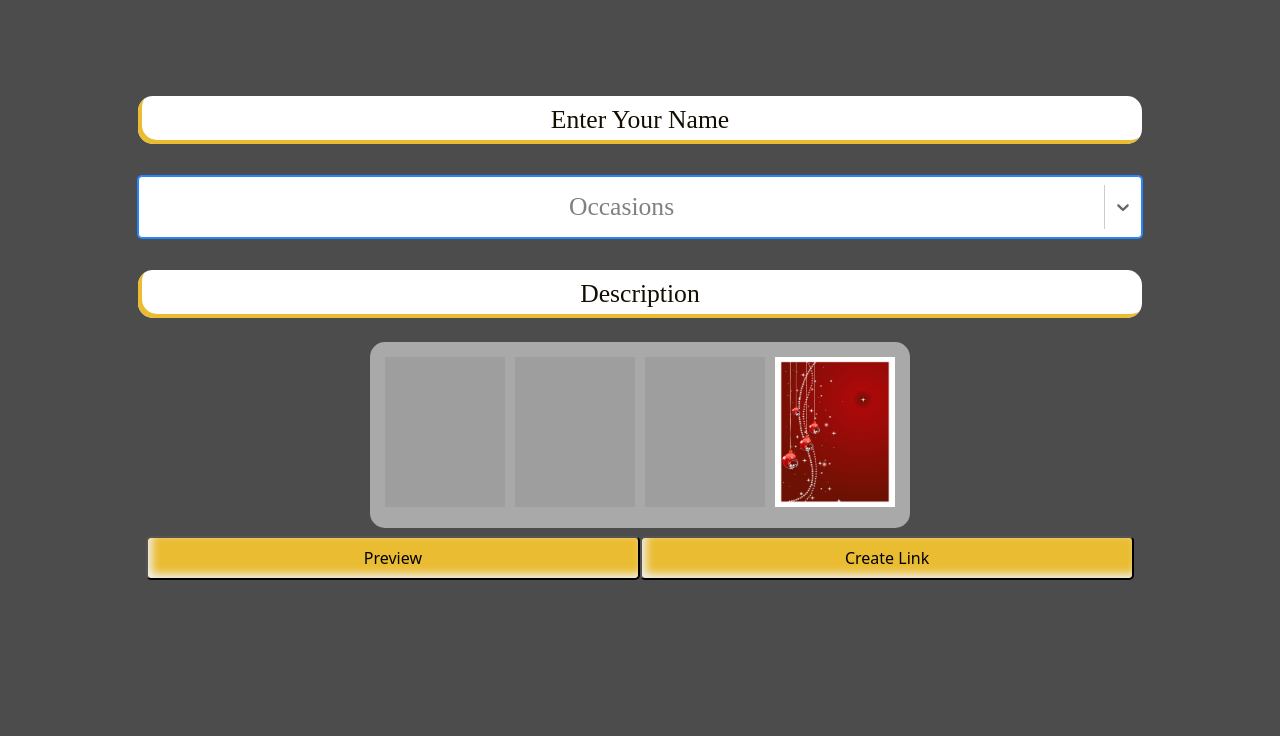
Repository: Haneef-Shaik/Greetings
Page: /
These files come from the project's save history. The page is drawn as it stood at one moment and after the next save; the edit follows.
The browser window is 1280 px wide. The pictures show the whole page.
Pictures or frames that could not be fetched are drawn as grey boxes. The project was rebuilt for these pictures with package versions that can differ from the ones it lists, and the page was loaded fresh each time. The framework's server and built-in components were replaced by stand-ins that run in the browser. Also part of the build but not shown: next.config.js, styles/card.module.scss, components/card.js, styles/socialShare.module.scss, components/socialShare.js.

Above is the page before, as saved 2021-12-04 21:57:51.

After the next save:
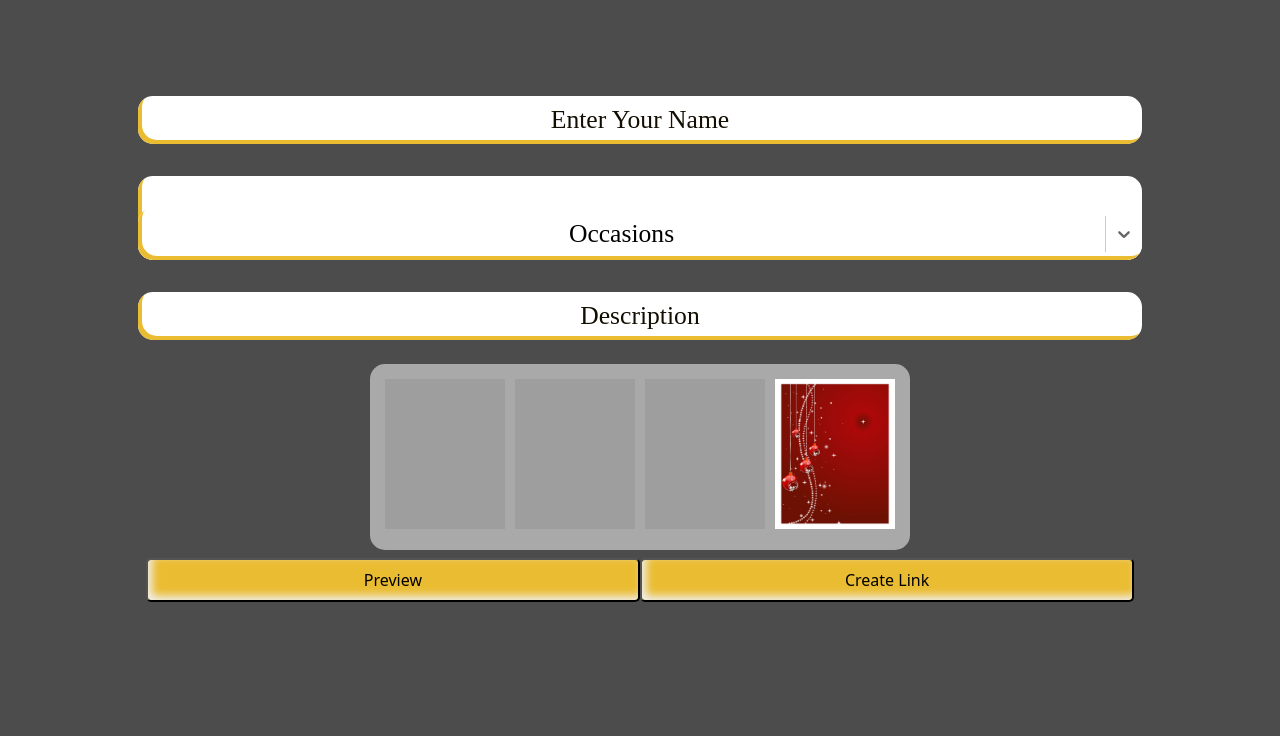
Saved 23 s later.
--- a/components/inpForm.jsx
+++ b/components/inpForm.jsx
@@ -67,7 +67,7 @@ function Edit() {
                                 <input type="text" value={UserName} placeholder="Enter Your Name" className={styles.myInp} onChange= { (e)=>{setName(e.target.value) } } required/>
 
                                 <SELECT
-                                    style={customStyles}
+                                    styles={customStyles}
                                     options={festivals}
                                     onChange= { (e)=>{setFestivalName(e.value)} }
                                     className={styles.myInp}
